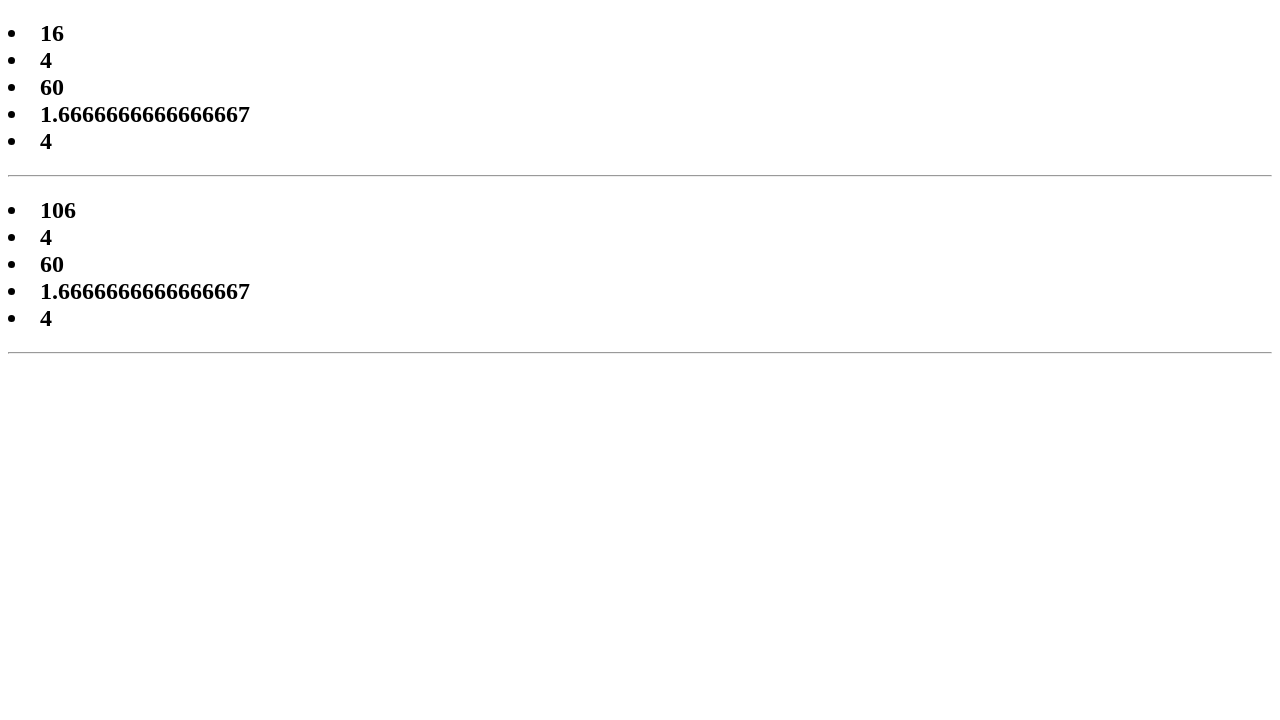
Repository: wjsjsn/23_webstudy
Page: 03_javascript/src/main/webapp/day03/Ex01_number.html
These files come from the project's save history. The page is drawn as it stood at one moment and after the next save; the edit follows.
The browser window is 1280 px wide. The pictures show the whole page.

Above is the page before, as saved 2023-06-29 01:13:02.

### 03_javascript/src/main/webapp/day03/Ex01_number.html
<!DOCTYPE html>
<html>
<head>
<meta charset="UTF-8">
<title>Number 클래스</title>
<script type="text/javascript">
	var s1 = 10;
	var s2 = 6;

	document.write("<h2>")
	document.write("<li>" + (s1 + s2) + "</li>")
	document.write("<li>" + (s1 - s2) + "</li>")
	document.write("<li>" + (s1 * s2) + "</li>")
	document.write("<li>" + (s1 / s2) + "</li>")
	document.write("<li>" + (s1 % s2) + "</li>")
	document.write("</h2>")
	document.write("<hr>")

	var s1 = "10";
	var s2 = "6";

	document.write("<h2>")
	document.write("<li>" + (s1 + s2) + "</li>")
	document.write("<li>" + (s1 - s2) + "</li>")
	document.write("<li>" + (s1 * s2) + "</li>")
	document.write("<li>" + (s1 / s2) + "</li>")
	document.write("<li>" + (s1 % s2) + "</li>")
	document.write("</h2>")
	document.write("<hr>")

</script>
</head>
<body>
</body>
</html>

After the next save:
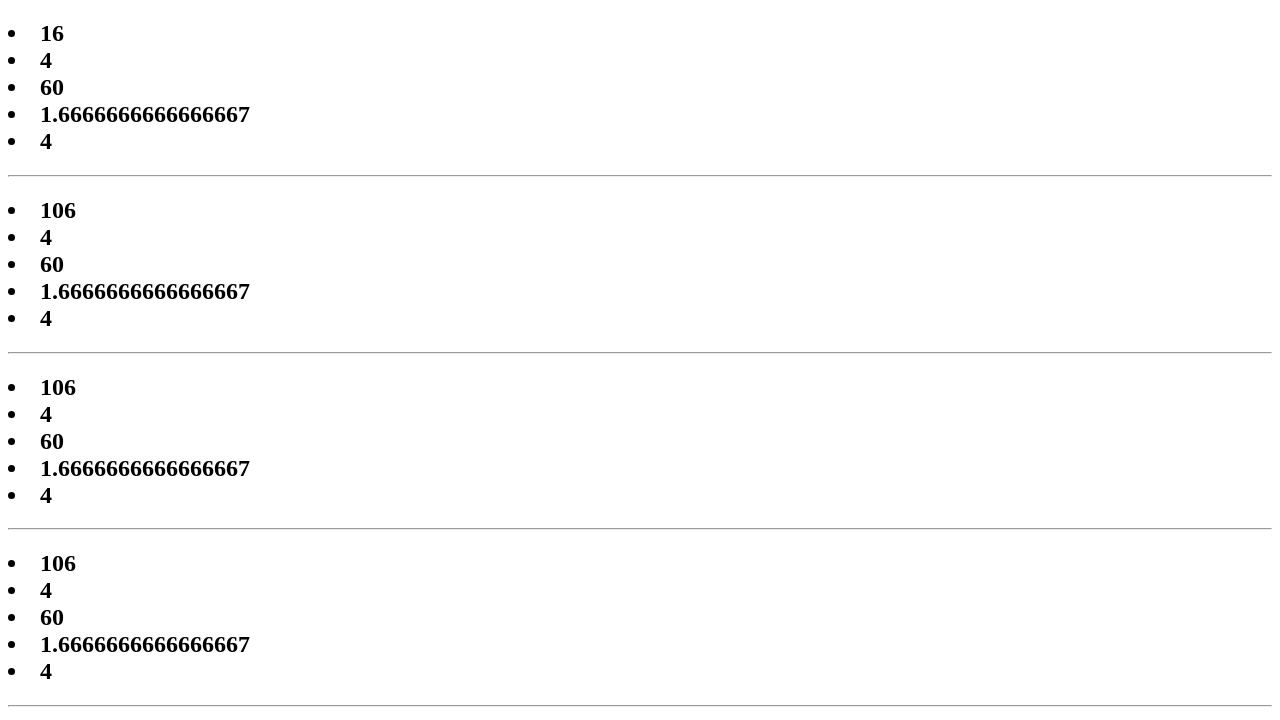
Saved 2 min 24 s later.
--- a/03_javascript/src/main/webapp/day03/Ex01_number.html
+++ b/03_javascript/src/main/webapp/day03/Ex01_number.html
@@ -20,8 +20,32 @@
 	var s2 = "6";
 
 	document.write("<h2>")
-	document.write("<li>" + (s1 + s2) + "</li>")
-	document.write("<li>" + (s1 - s2) + "</li>")
+	document.write("<li>" + (s1 + s2) + "</li>")  // 계산 x, 문자 연결자
+	document.write("<li>" + (s1 - s2) + "</li>")  // +를 제외한 다른 연산은 가능
+	document.write("<li>" + (s1 * s2) + "</li>")
+	document.write("<li>" + (s1 / s2) + "</li>")
+	document.write("<li>" + (s1 % s2) + "</li>")
+	document.write("</h2>")
+	document.write("<hr>")
+
+	var s1 = 10;
+	var s2 = "6";
+
+	document.write("<h2>")
+	document.write("<li>" + (s1 + s2) + "</li>")  // 계산 x, 문자 연결자
+	document.write("<li>" + (s1 - s2) + "</li>")  // +를 제외한 다른 연산은 가능
+	document.write("<li>" + (s1 * s2) + "</li>")
+	document.write("<li>" + (s1 / s2) + "</li>")
+	document.write("<li>" + (s1 % s2) + "</li>")
+	document.write("</h2>")
+	document.write("<hr>")
+
+	var s1 = "10";
+	var s2 = 6;
+
+	document.write("<h2>")
+	document.write("<li>" + (s1 + s2) + "</li>")  // 계산 x, 문자 연결자
+	document.write("<li>" + (s1 - s2) + "</li>")  // +를 제외한 다른 연산은 가능
 	document.write("<li>" + (s1 * s2) + "</li>")
 	document.write("<li>" + (s1 / s2) + "</li>")
 	document.write("<li>" + (s1 % s2) + "</li>")
